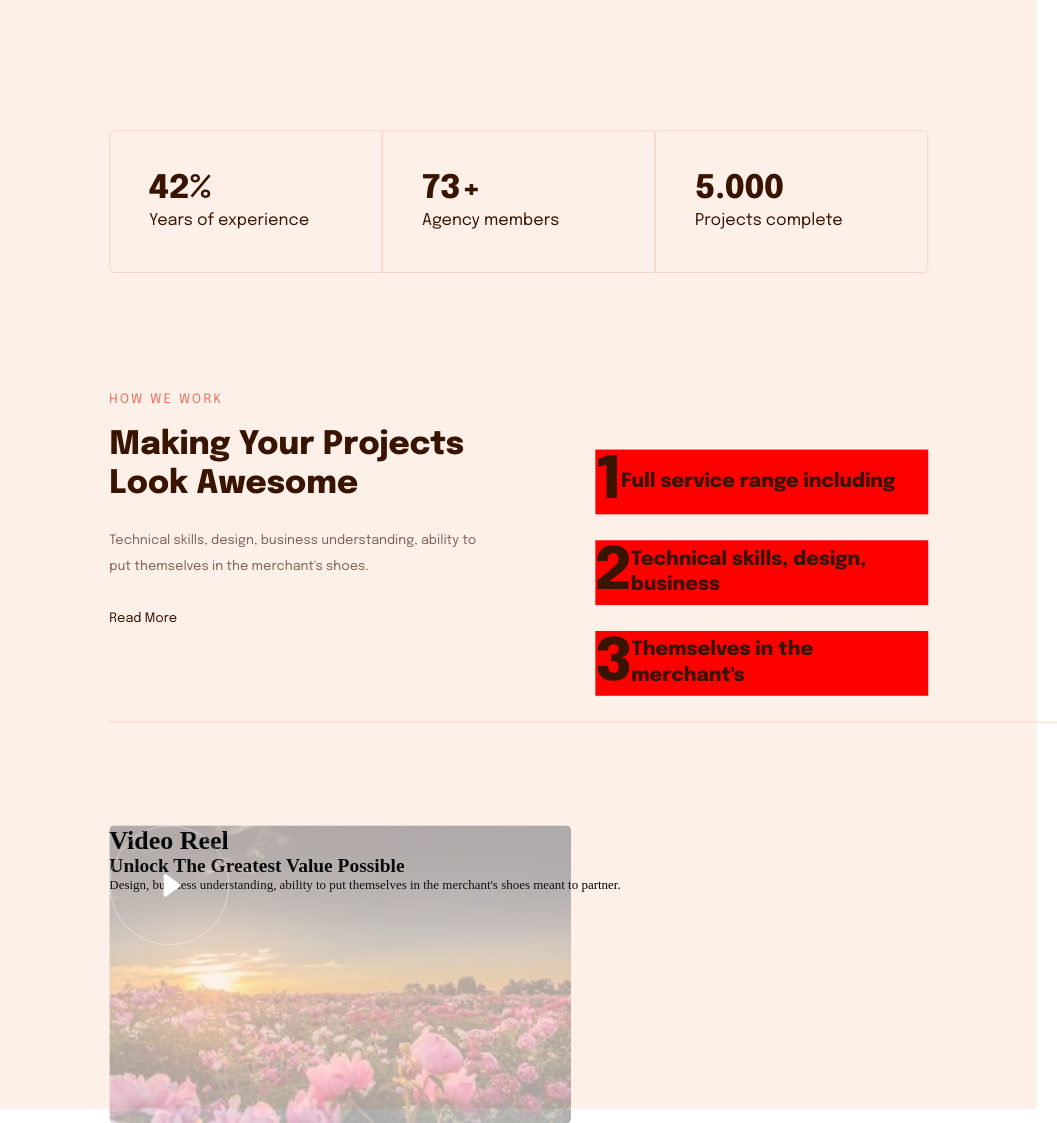
Repository: AytacJafarova/task2
Page: index.html
An editor plug-in stored every save of this project. The page is shown before and after a run of saves, followed by the edit.
The browser window is 1280 px wide. The page is 1305 px wide, so the pictures cover 1305 px, including what lies to the right of the window. The pictures show the whole page, at 81% of full size.

Above is the page before, as saved 2023-08-01 14:22:52.

After the next 3 saves:
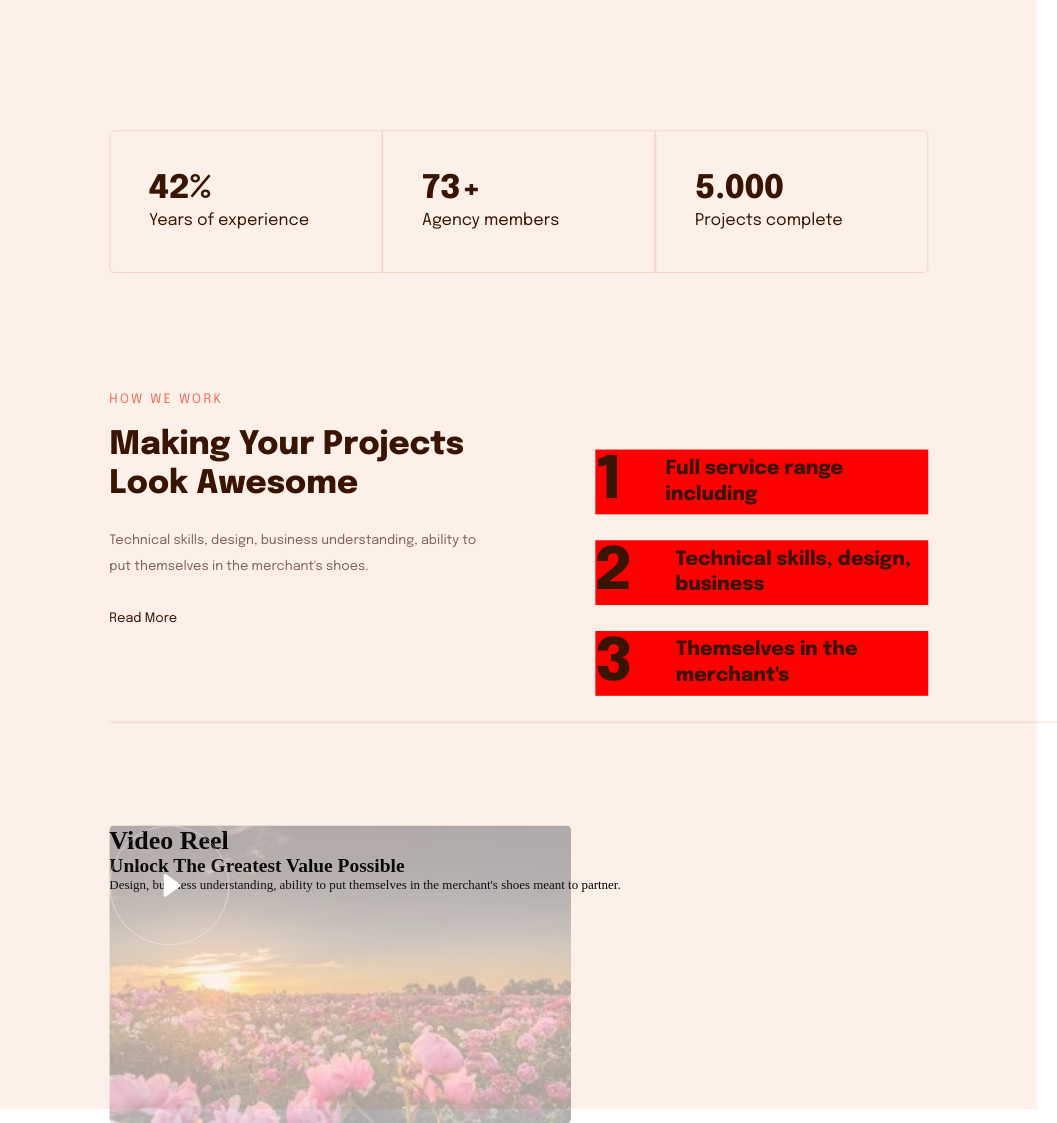
The 3 saves are shown as one change because they came seconds apart.
The last was saved 43 s later.
--- a/index.css
+++ b/index.css
@@ -110,6 +110,7 @@ margin-bottom: 32px;
 background-color: red;
 }
 .box2 ul li h1 {
+    margin-right: 55px;
     color: #391400;
     font-feature-settings: 'clig' off, 'liga' off;
     font-family: Epilogue;
